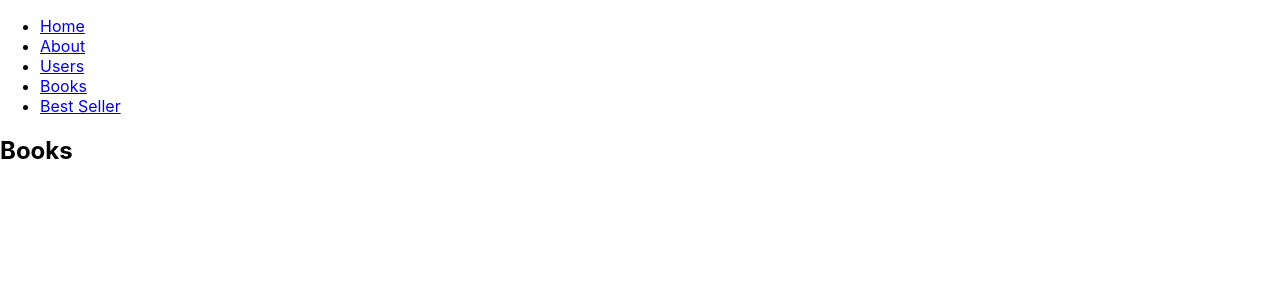
Repository: ebo-arcadia/enjoyou
Page: /books
The author's editor kept a copy of each file at every save. The page is drawn from the files as they stood at one save, then again after the next save.
The browser window is 1280 px wide. The pictures show the whole page.
The project was rebuilt for these pictures with package versions that can differ from the ones it lists, and the page was loaded fresh each time.

Above is the page before, as saved 2021-04-19 12:12:30.

### src/App.js
import React from "react";
import { BrowserRouter as Router, Switch, Route, Link } from "react-router-dom";

export default function App() {
  return (
    <Router>
      <div>
        <nav>
          <ul>
            <li>
              <Link to="/">Home</Link>
            </li>
            <li>
              <Link to="/about">About</Link>
            </li>
            <li>
              <Link to="/users">Users</Link>
            </li>
            <li>
              <Link to="/books">Books</Link>
            </li>
            <li>
              <Link to="/bestseller">Best Seller</Link>
            </li>
          </ul>
        </nav>

        {/* A <Switch> looks through its children <Route>s and
            renders the first one that matches the current URL. */}
        <Switch>
          <Route path="/bestseller"><Bestseller /></Route>
          <Route path="/books"><Books /></Route>
          <Route path="/about"><About /></Route>
          <Route path="/users"><Users /></Route>
          <Route path="/"><Home /></Route>
        </Switch>
      </div>
    </Router>
  );
}

function Home() {
  return <h2>Home</h2>;
}

function About() {
  return <h2>About</h2>;
}

function Users() {
  return <h2>Users</h2>;
}

function Books()  { return <h2>Books</h2> }
function Bestseller()  { return <h2>Best Seller</h2> }

Loaded but not shown: public/index.html (common file); src/index.js (common file); src/index.css (common file); src/reportWebVitals.js (common file)

After the next save:
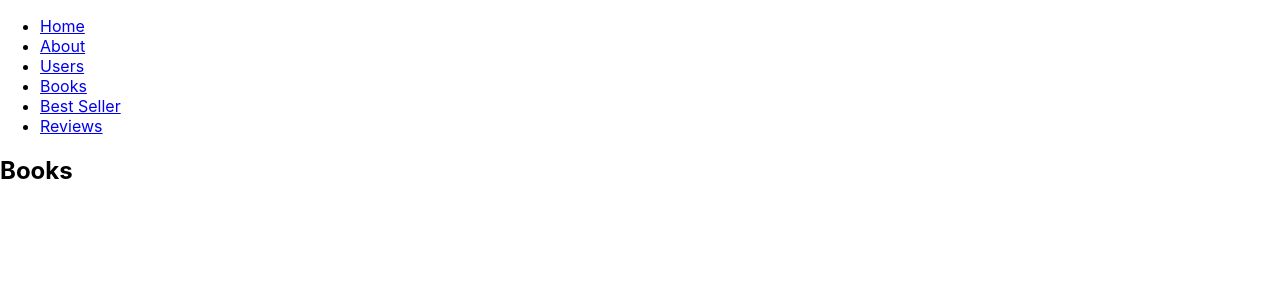
Saved 103 s later.
--- a/src/App.js
+++ b/src/App.js
@@ -22,6 +22,9 @@ export default function App() {
             <li>
               <Link to="/bestseller">Best Seller</Link>
             </li>
+            <li>
+              <Link to="/reviews">Reviews</Link>
+            </li>
           </ul>
         </nav>
 
@@ -29,6 +32,7 @@ export default function App() {
             renders the first one that matches the current URL. */}
         <Switch>
           <Route path="/bestseller"><Bestseller /></Route>
+          <Route path="/reviews"><Reviews /></Route>
           <Route path="/books"><Books /></Route>
           <Route path="/about"><About /></Route>
           <Route path="/users"><Users /></Route>
@@ -51,5 +55,6 @@ function Users() {
   return <h2>Users</h2>;
 }
 
-function Books()  { return <h2>Books</h2> }
+function Books()       { return <h2>Books</h2> }
 function Bestseller()  { return <h2>Best Seller</h2> }
+function Reviews()  { return <h2>Reviews</h2> }
